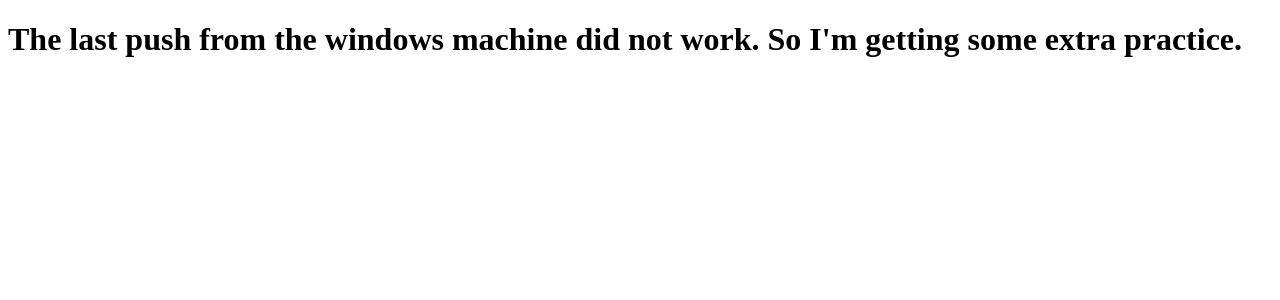
Repository: overbejt/UdemySpringMVC
Page: http://localhost/hello-World/
The author's editor kept a copy of each file at every save. The page is drawn from the files as they stood at one save, then again after the next save.
The browser window is 1280 px wide. The pictures show the whole page.
The page is served by Tomcat 9.

Above is the page before, as saved 2018-12-25 04:43:35.

After the next save:
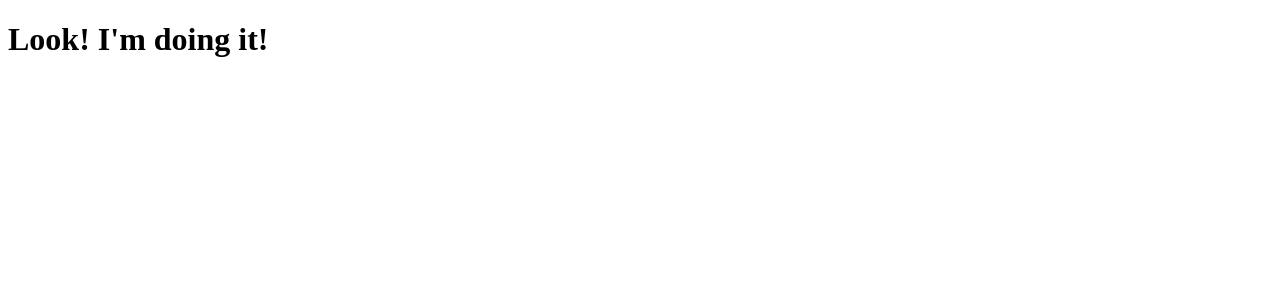
Saved 2 min 35 s later.
--- a/hello-World/src/main/webapp/WEB-INF/views/login.jsp
+++ b/hello-World/src/main/webapp/WEB-INF/views/login.jsp
@@ -8,9 +8,12 @@
 </head>
 
 <body>
-<h1>The last push from the windows machine did not work.  So I'm getting some extra practice.
+<h1>
+Look! I'm doing it!
 </h1>
+
 <p>
+
 </p>
 
 
